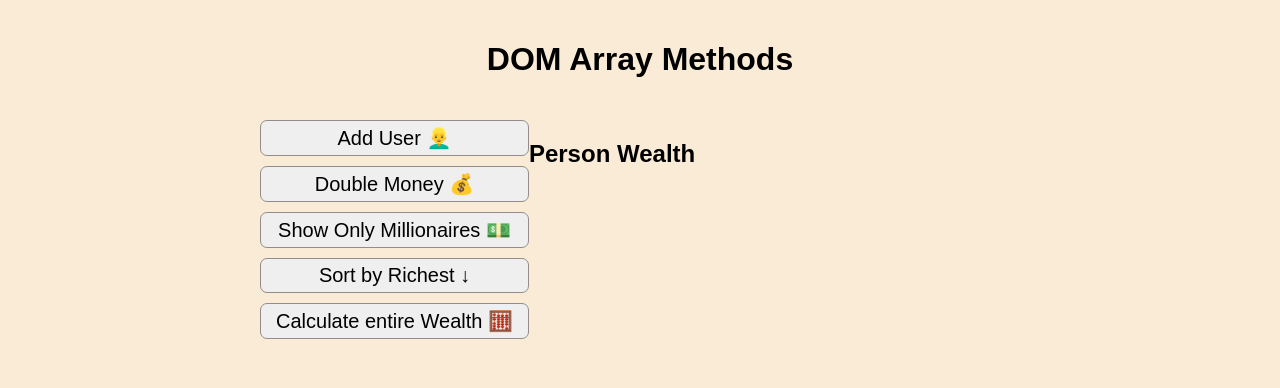
Repository: AbrorjonKuchkarov/DOM-Array-Methods
Page: index.html
These files come from the project's save history. The page is drawn as it stood at one moment and after the next save; the edit follows.
The browser window is 1280 px wide. The pictures show the whole page.

Above is the page before, as saved 2022-02-24 15:40:11.

### index.html
<!DOCTYPE html>
<html lang="en">
<head>
   <meta charset="UTF-8">
   <meta http-equiv="X-UA-Compatible" content="IE=edge">
   <meta name="viewport" content="width=device-width, initial-scale=1.0">
   <link rel="stylesheet" href="style.css">
   <title>DOM Array Methods</title>
</head>
<body>
   <h1>DOM Array Methods</h1>
      <div class="container">
         <aside class="btns">
            <button id="add-user">Add User 👱‍♂️</button>
            <button id="double">Double Money 💰</button>
            <button id="show-millionaires">Show Only Millionaires 💵</button>
            <button id="sort">Sort by Richest ↓</button>
            <button id="calculate-wealth">Calculate entire Wealth 🧮</button>
         </aside>

         <main id="main">
            <h2><strong>Person</strong> Wealth</h2>
         </main>


      </div>



   <script src="app.js"></script>
</body>
</html>

### style.css
*{
   box-sizing: border-box;
}

body{
   margin: 0;
   padding: 20px;
   display: flex;
   flex-direction: column;
   align-items: center;
   height: 100vh;
   font-family: Arial, Helvetica, sans-serif;
   background-color: antiquewhite;
}

.container{
   display: flex;
   max-width: 100%;
   width: 800px;
   padding: 20px;
   margin: 0 auto;
}

button {
   display: block;
   width: 100%;
   font-size: 20px;
   margin-bottom: 10px;
   border-radius: 7px;
   outline: none;
   padding: 5px 15px;
   border: 1px solid rgb(148, 140, 140);
}

Loaded but not shown: app.js (no copy from this time; the picture is the same without it)

After the next save:
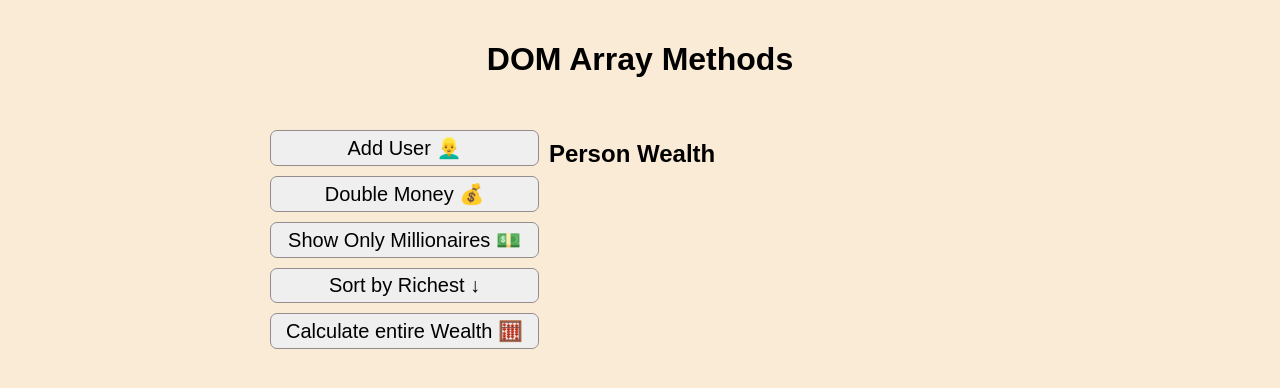
Saved 48 s later.
--- a/style.css
+++ b/style.css
@@ -21,6 +21,10 @@ body{
    margin: 0 auto;
 }
 
+aside {
+   padding: 10px;
+}
+
 button {
    display: block;
    width: 100%;
